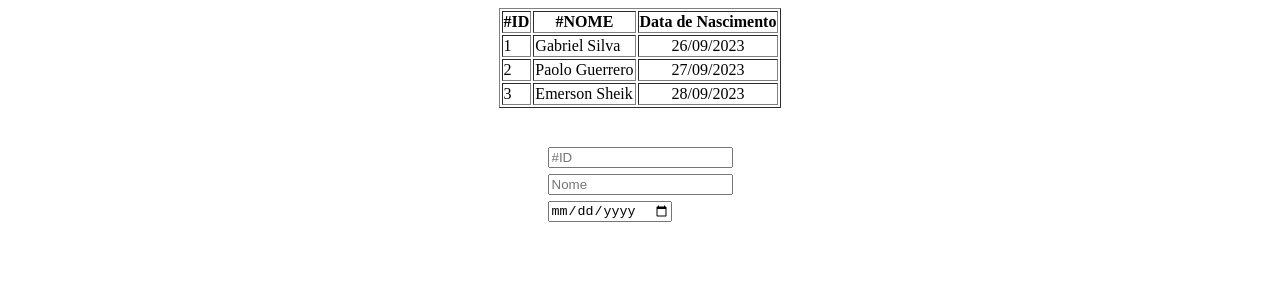
Repository: gabrielsilva9810/FATEC_LABEngSoftware
Page: ExemploHTML/src/main/webapp/index.html
The author's editor kept a copy of each file at every save. The page is drawn from the files as they stood at one save, then again after the next save.
The browser window is 1280 px wide. The pictures show the whole page.

Above is the page before, as saved 2023-08-26 13:25:08.

After the next save:
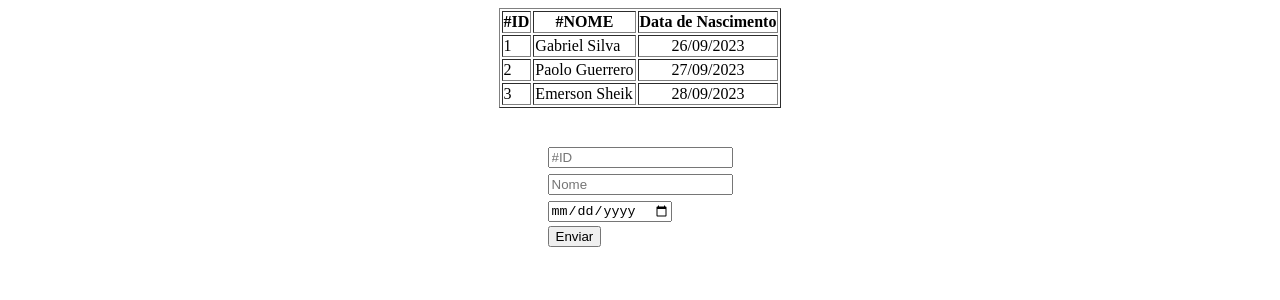
Saved 2 min 54 s later.
--- a/ExemploHTML/src/main/webapp/index.html
+++ b/ExemploHTML/src/main/webapp/index.html
@@ -73,6 +73,13 @@
 				</td>
 
 				</tr>
+
+				<tr>
+					<td>
+						<input type="submit" id="enviar" name="enviar" value="Enviar">
+					</td>
+				</tr>
+
 			</table>
 
 			</form>
